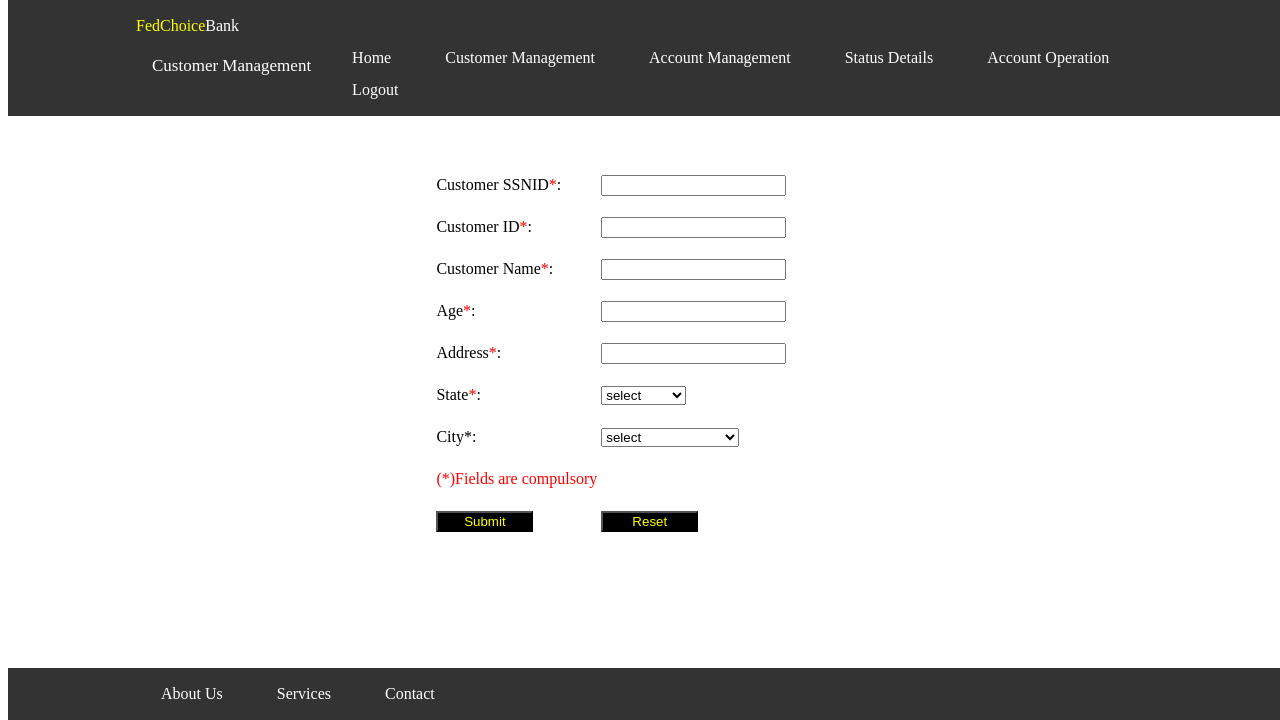
Repository: gopikavinod/RBM
Page: http://localhost/Retail_Bank_Management/userLogged.jsp
An editor plug-in stored every save of this project. The page is shown before and after the next save, followed by the edit.
The browser window is 1280 px wide. The pictures show the whole page.
The page is served by Tomcat 9.

Above is the page before, as saved 2020-06-16 08:23:38.

After the next save:
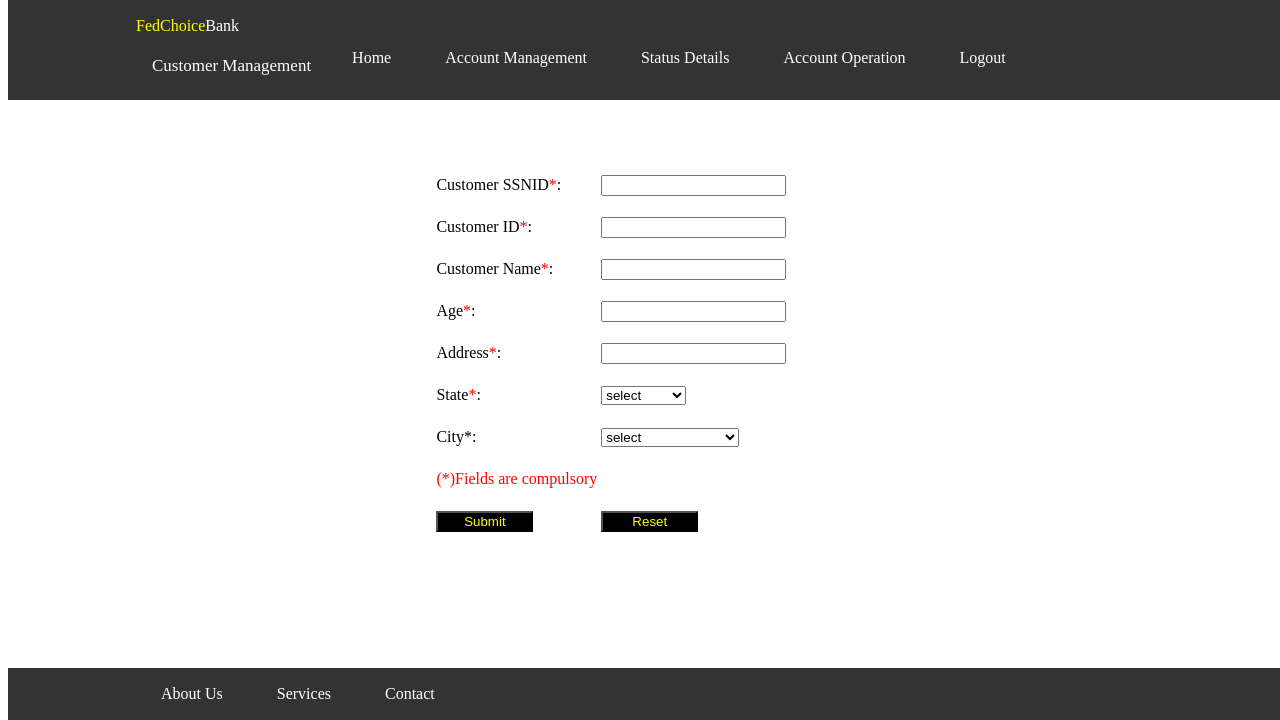
Saved 48 s later.
--- a/eclipse-workspace/Retail Bank Management/WebContent/userLogged.jsp
+++ b/eclipse-workspace/Retail Bank Management/WebContent/userLogged.jsp
@@ -136,7 +136,7 @@
       <a href="#">View Customer Details</a>
     </div>
   </div>
-                <a href="#">Customer Management</a>
+
                 <a href="#">Account Management</a>
                 <a href="#">Status Details</a>
                 <a href="#">Account Operation</a>
